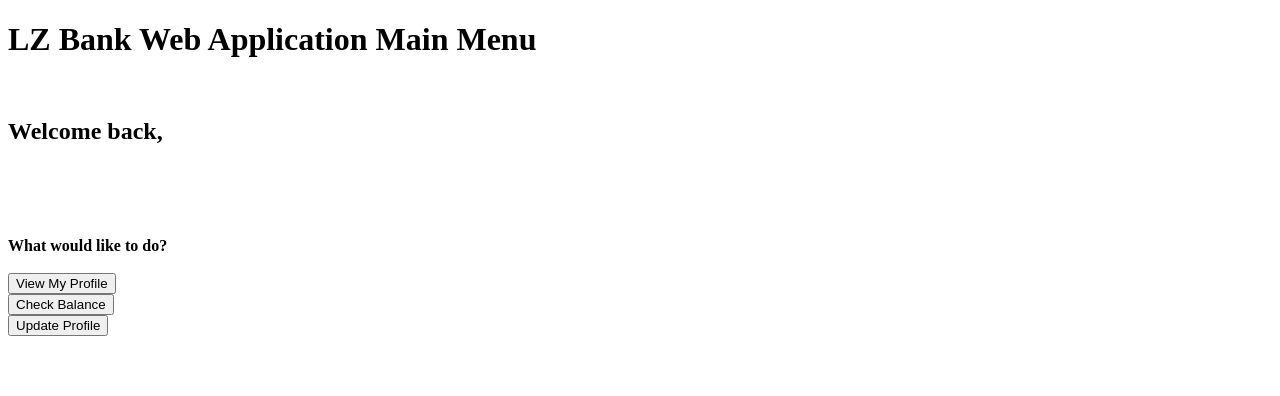
Repository: kingron98/SoftEng-Bank-Web-Application-
Page: http://localhost/SE3_BankWebApp/loginSuccess.jsp
The author's editor kept a copy of each file at every save. The page is drawn from the files as they stood at one save, then again after the next save.
The browser window is 1280 px wide. The pictures show the whole page.
The page is served by Tomcat 9.

Above is the page before, as saved 2020-12-13 16:28:38.

After the next save:
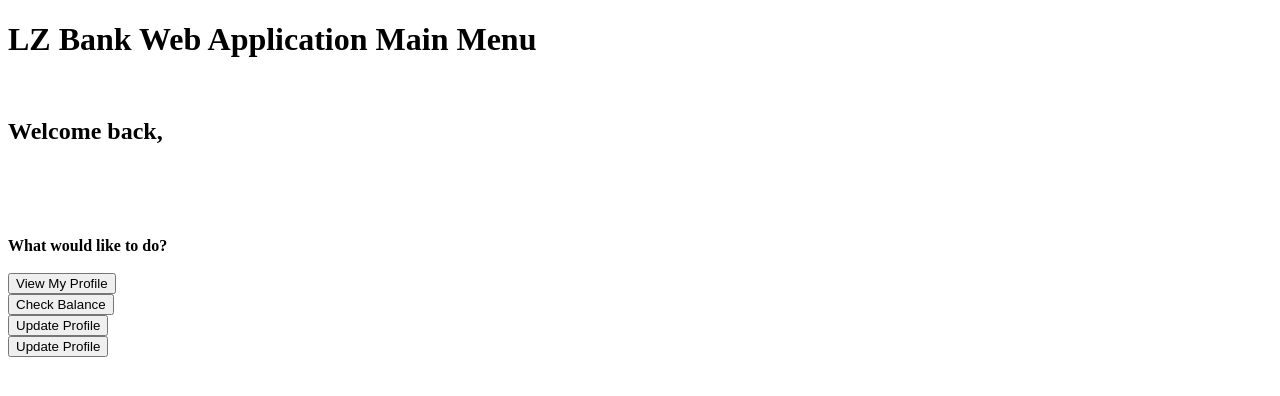
Saved 3 min 0 s later.
--- a/SE3 Bank App/Java/Workspace/SE3_BankWebApp/WebContent/loginSuccess.jsp
+++ b/SE3 Bank App/Java/Workspace/SE3_BankWebApp/WebContent/loginSuccess.jsp
@@ -38,6 +38,10 @@
 	     <input type="hidden" name="action" value="DisplayUpdateProfile" />
          <input type="submit" value="Update Profile" />
     </form>
+    <form action="FrontController" method="post">
+	     <input type="hidden" name="action" value="DisplayTransferFunds" />
+         <input type="submit" value="Update Profile" />
+    </form>
 
 </body>
 
